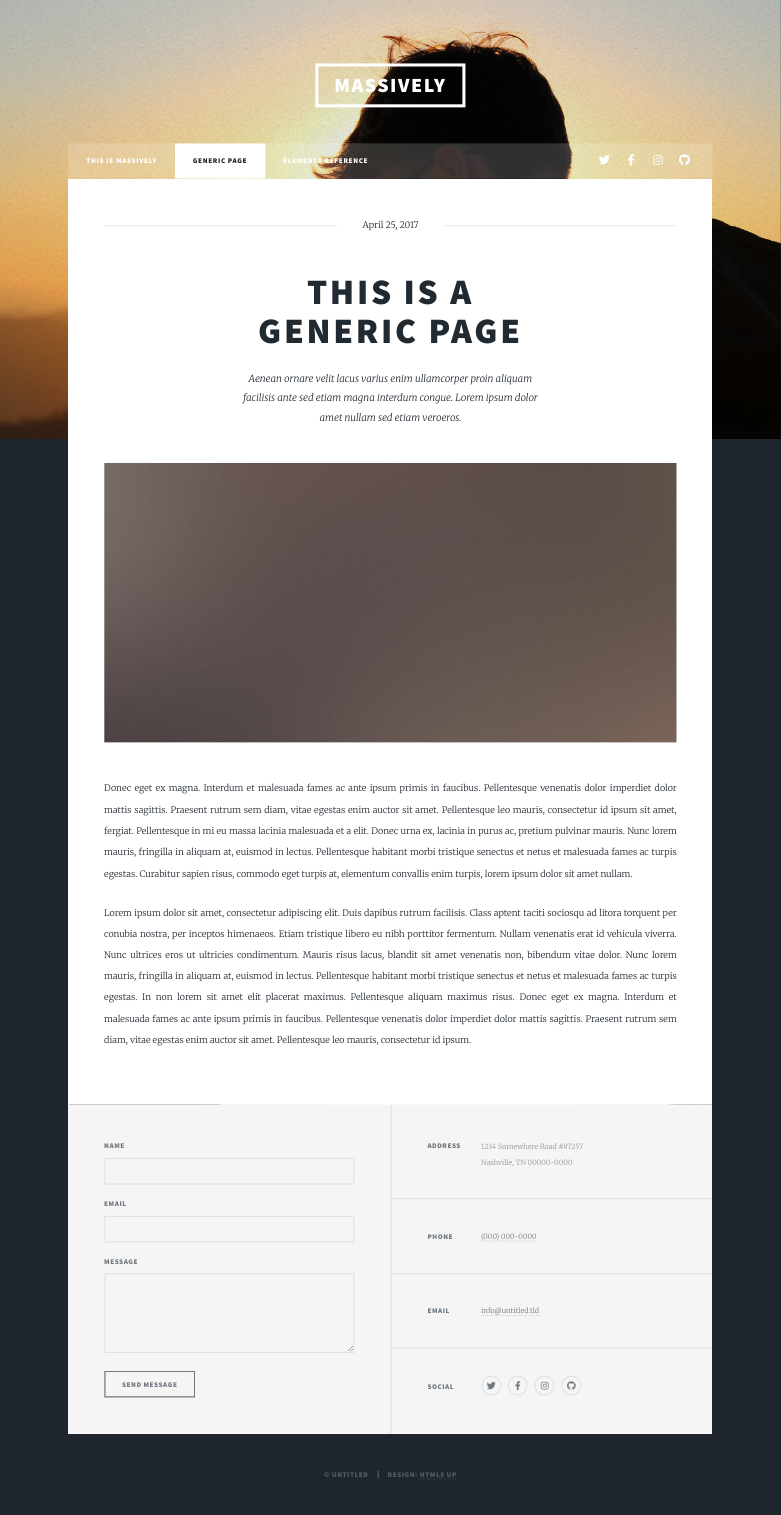
Repository: ciaranscan6/PersonalWebsite
Page: about-me.html
These files come from the project's save history. The page is drawn as it stood at one moment and after the next save; the edit follows.
The browser window is 1280 px wide. The pictures show the whole page, at 61% of full size.

Above is the page before, as saved 2025-11-21 22:08:56.

### about-me.html
<!DOCTYPE HTML>
<!--
	Massively by HTML5 UP
	html5up.net | @ajlkn
	Free for personal and commercial use under the CCA 3.0 license (html5up.net/license)
-->
<html>
	<head>
		<title>Generic Page - Massively by HTML5 UP</title>
		<meta charset="utf-8" />
		<meta name="viewport" content="width=device-width, initial-scale=1, user-scalable=no" />
		<link rel="stylesheet" href="assets/css/main.css" />
		<noscript><link rel="stylesheet" href="assets/css/noscript.css" /></noscript>
	</head>
	<body class="is-preload">

		<!-- Wrapper -->
			<div id="wrapper">

				<!-- Header -->
					<header id="header">
						<a href="index.html" class="logo">Massively</a>
					</header>

				<!-- Nav -->
					<nav id="nav">
						<ul class="links">
							<li><a href="index.html">This is Massively</a></li>
							<li class="active"><a href="generic.html">Generic Page</a></li>
							<li><a href="elements.html">Elements Reference</a></li>
						</ul>
						<ul class="icons">
							<li><a href="#" class="icon brands fa-twitter"><span class="label">Twitter</span></a></li>
							<li><a href="#" class="icon brands fa-facebook-f"><span class="label">Facebook</span></a></li>
							<li><a href="#" class="icon brands fa-instagram"><span class="label">Instagram</span></a></li>
							<li><a href="#" class="icon brands fa-github"><span class="label">GitHub</span></a></li>
						</ul>
					</nav>

				<!-- Main -->
					<div id="main">

						<!-- Post -->
							<section class="post">
								<header class="major">
									<span class="date">April 25, 2017</span>
									<h1>This is a<br />
									Generic Page</h1>
									<p>Aenean ornare velit lacus varius enim ullamcorper proin aliquam<br />
									facilisis ante sed etiam magna interdum congue. Lorem ipsum dolor<br />
									amet nullam sed etiam veroeros.</p>
								</header>
								<div class="image main"><img src="images/pic01.jpg" alt="" /></div>
								<p>Donec eget ex magna. Interdum et malesuada fames ac ante ipsum primis in faucibus. Pellentesque venenatis dolor imperdiet dolor mattis sagittis. Praesent rutrum sem diam, vitae egestas enim auctor sit amet. Pellentesque leo mauris, consectetur id ipsum sit amet, fergiat. Pellentesque in mi eu massa lacinia malesuada et a elit. Donec urna ex, lacinia in purus ac, pretium pulvinar mauris. Nunc lorem mauris, fringilla in aliquam at, euismod in lectus. Pellentesque habitant morbi tristique senectus et netus et malesuada fames ac turpis egestas. Curabitur sapien risus, commodo eget turpis at, elementum convallis enim turpis, lorem ipsum dolor sit amet nullam.</p>
								<p>Lorem ipsum dolor sit amet, consectetur adipiscing elit. Duis dapibus rutrum facilisis. Class aptent taciti sociosqu ad litora torquent per conubia nostra, per inceptos himenaeos. Etiam tristique libero eu nibh porttitor fermentum. Nullam venenatis erat id vehicula viverra. Nunc ultrices eros ut ultricies condimentum. Mauris risus lacus, blandit sit amet venenatis non, bibendum vitae dolor. Nunc lorem mauris, fringilla in aliquam at, euismod in lectus. Pellentesque habitant morbi tristique senectus et netus et malesuada fames ac turpis egestas. In non lorem sit amet elit placerat maximus. Pellentesque aliquam maximus risus. Donec eget ex magna. Interdum et malesuada fames ac ante ipsum primis in faucibus. Pellentesque venenatis dolor imperdiet dolor mattis sagittis. Praesent rutrum sem diam, vitae egestas enim auctor sit amet. Pellentesque leo mauris, consectetur id ipsum.</p>
							</section>

					</div>

				<!-- Footer -->
					<footer id="footer">
						<section>
							<form method="post" action="#">
								<div class="fields">
									<div class="field">
										<label for="name">Name</label>
										<input type="text" name="name" id="name" />
									</div>
									<div class="field">
										<label for="email">Email</label>
										<input type="text" name="email" id="email" />
									</div>
									<div class="field">
										<label for="message">Message</label>
										<textarea name="message" id="message" rows="3"></textarea>
									</div>
								</div>
								<ul class="actions">
									<li><input type="submit" value="Send Message" /></li>
								</ul>
							</form>
						</section>
						<section class="split contact">
							<section class="alt">
								<h3>Address</h3>
								<p>1234 Somewhere Road #87257<br />
								Nashville, TN 00000-0000</p>
							</section>
							<section>
								<h3>Phone</h3>
								<p><a href="#">(000) 000-0000</a></p>
							</section>
							<section>
								<h3>Email</h3>
								<p><a href="#">info@untitled.tld</a></p>
							</section>
							<section>
								<h3>Social</h3>
								<ul class="icons alt">
									<li><a href="#" class="icon brands alt fa-twitter"><span class="label">Twitter</span></a></li>
									<li><a href="#" class="icon brands alt fa-facebook-f"><span class="label">Facebook</span></a></li>
									<li><a href="#" class="icon brands alt fa-instagram"><span class="label">Instagram</span></a></li>
									<li><a href="#" class="icon brands alt fa-github"><span class="label">GitHub</span></a></li>
								</ul>
							</section>
						</section>
					</footer>

				<!-- Copyright -->
					<div id="copyright">
						<ul><li>&copy; Untitled</li><li>Design: <a href="https://html5up.net">HTML5 UP</a></li></ul>
					</div>

			</div>

		<!-- Scripts -->
			<script src="assets/js/jquery.min.js"></script>
			<script src="assets/js/jquery.scrollex.min.js"></script>
			<script src="assets/js/jquery.scrolly.min.js"></script>
			<script src="assets/js/browser.min.js"></script>
			<script src="assets/js/breakpoints.min.js"></script>
			<script src="assets/js/util.js"></script>
			<script src="assets/js/main.js"></script>

	</body>
</html>

Loaded but not shown: assets/js/jquery.min.js (library); assets/js/jquery.scrollex.min.js (common file); assets/js/jquery.scrolly.min.js (common file); assets/js/browser.min.js (common file); assets/js/breakpoints.min.js (common file); assets/css/fontawesome-all.min.css (library); assets/js/util.js (587 lines, source omitted); assets/js/main.js (258 lines, source omitted); assets/css/main.css (4689 lines, source omitted)

After the next save:
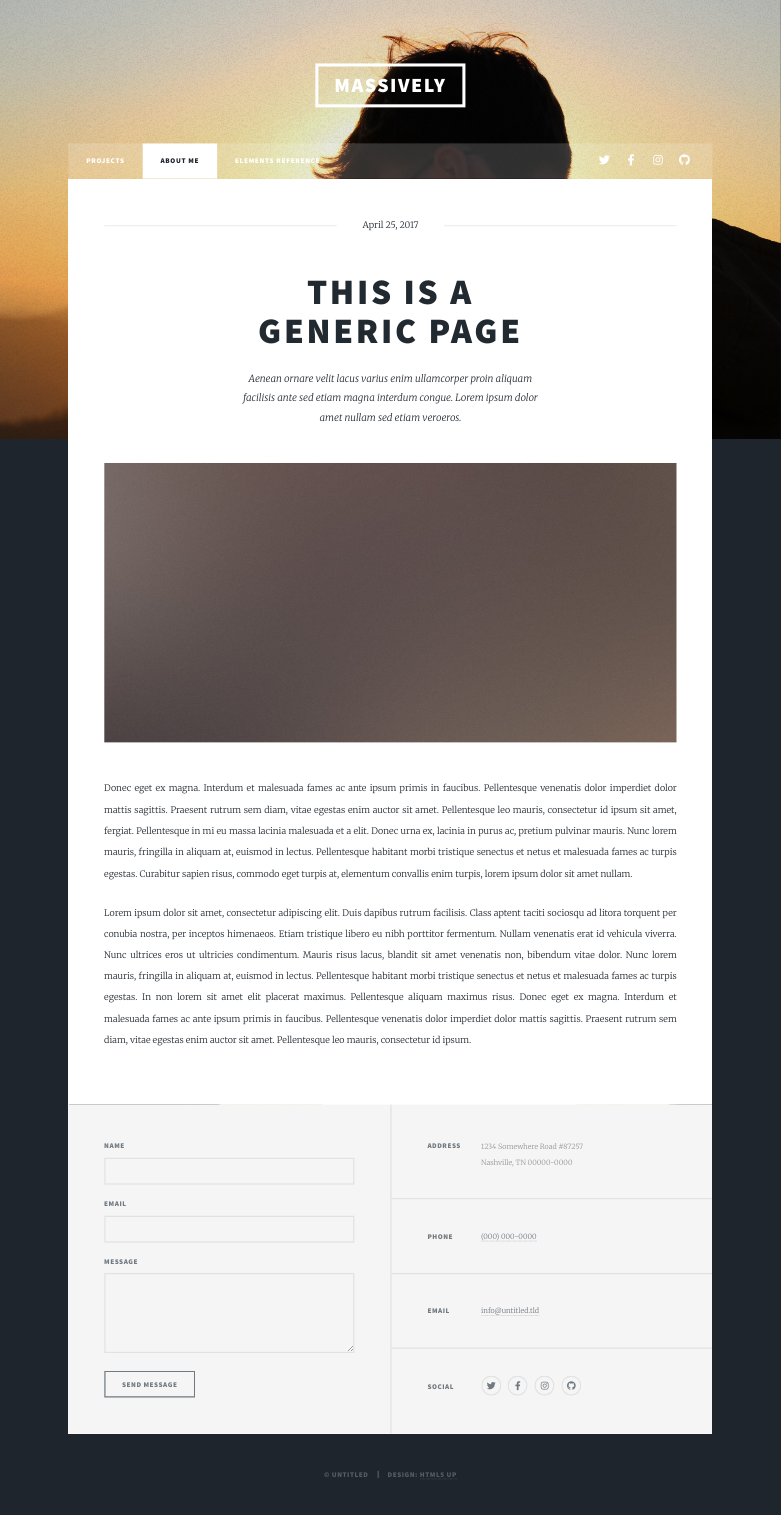
Saved 72 s later.
--- a/about-me.html
+++ b/about-me.html
@@ -25,8 +25,8 @@
 				<!-- Nav -->
 					<nav id="nav">
 						<ul class="links">
-							<li><a href="index.html">This is Massively</a></li>
-							<li class="active"><a href="generic.html">Generic Page</a></li>
+							<li><a href="index.html">Projects</a></li>
+							<li class="active"><a href="about-me.html">About Me</a></li>
 							<li><a href="elements.html">Elements Reference</a></li>
 						</ul>
 						<ul class="icons">
